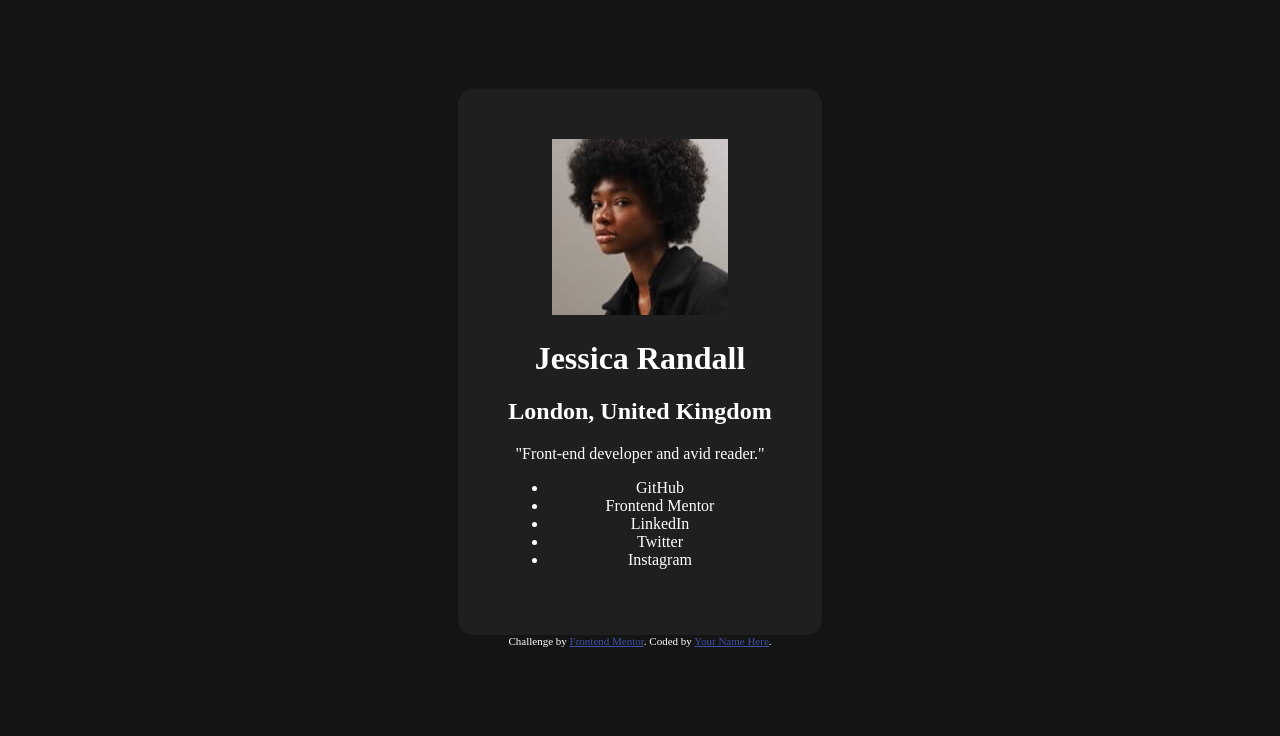
Repository: RudyJ/social-links-profile
Page: index.html
These files come from the project's save history. The page is drawn as it stood at one moment and after the next save; the edit follows.
The browser window is 1280 px wide. The pictures show the whole page.

Above is the page before, as saved 2024-04-02 19:32:16.

### index.html
<!DOCTYPE html>
<html lang="en">
<head>
  <meta charset="UTF-8">
  <meta name="viewport" content="width=device-width, initial-scale=1.0"> <!-- displays site properly based on user's device -->

  <link rel="icon" type="image/png" sizes="32x32" href="./assets/images/favicon-32x32.png">

  <title>Frontend Mentor | Social links profile</title>

  <link rel="stylesheet" href="./assets/css/style.css" />
  <!-- Feel free to remove these styles or customise in your own stylesheet 👍 -->
  <style>
    .attribution { font-size: 11px; text-align: center; }
    .attribution a { color: hsl(228, 45%, 44%); }
  </style>
</head>
<body>

  <div class="card">
    <div class="imagem">
      <img src="./assets/images/avatar-jessica.jpeg" />
    </div>
    <h1>Jessica Randall</h1>
    <h2>London, United Kingdom</h2>
    <p>"Front-end developer and avid reader."</p>
    <ul>
      <li>GitHub</li>
      <li>Frontend Mentor</li>
      <li>LinkedIn</li>
      <li>Twitter</li>
      <li>Instagram</li>
    </ul>
  </div>

  <div class="attribution">
    Challenge by <a href="https://www.frontendmentor.io?ref=challenge" target="_blank">Frontend Mentor</a>.
    Coded by <a href="#">Your Name Here</a>.
  </div>
</body>
</html>

### assets/css/style.css
body {
    background-color: hsl(0, 0%, 8%);
    color: hsl(0, 0%, 100%);
    display: flex;
    flex-direction: column;
    align-items: center;
    justify-content: center;
    height: 100vh;
    overflow: hidden;
}


body .card {
    background-color: hsl(0, 0%, 12%);
    padding:  50px;
    box-sizing: border-box;
    border-radius: 15px;
    text-align: center;
}

After the next save:
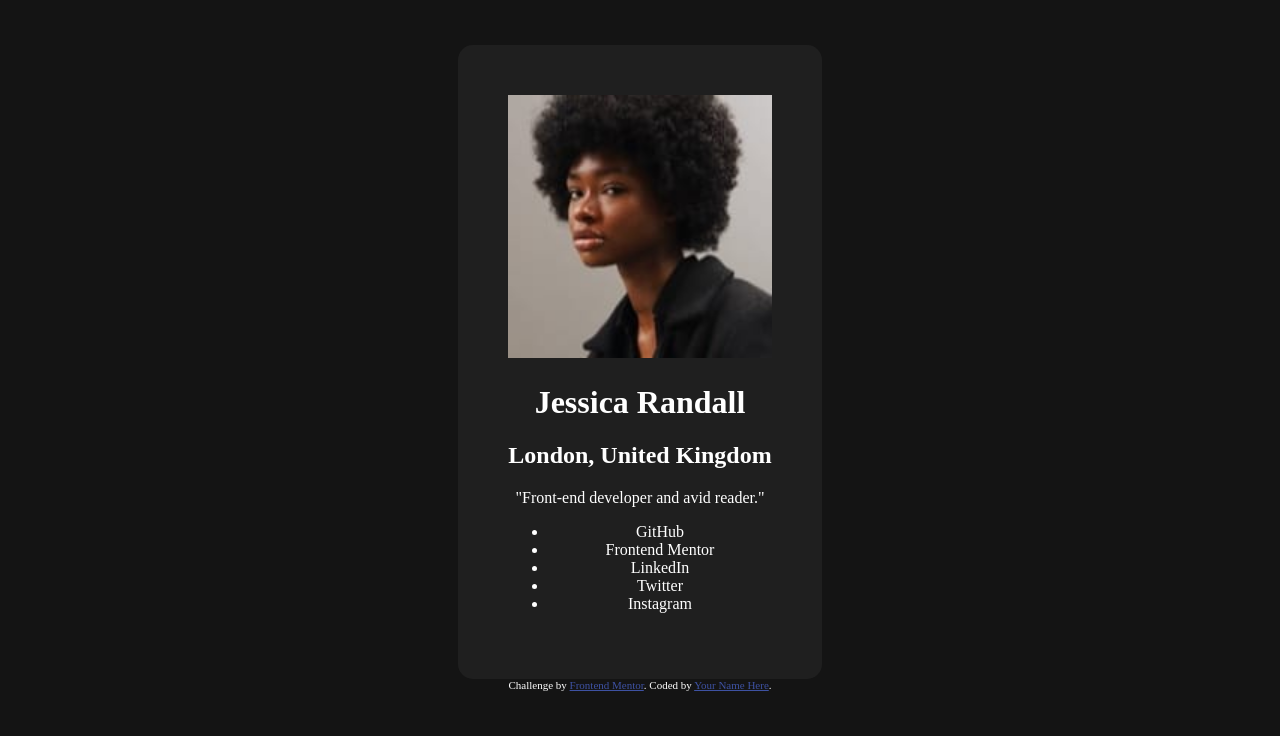
Saved 92 s later.
--- a/assets/css/style.css
+++ b/assets/css/style.css
@@ -17,3 +17,11 @@ body .card {
     border-radius: 15px;
     text-align: center;
 }
+
+body .card .imagem {
+
+}
+
+body .card .imagem img {
+    width: 100%;
+}
